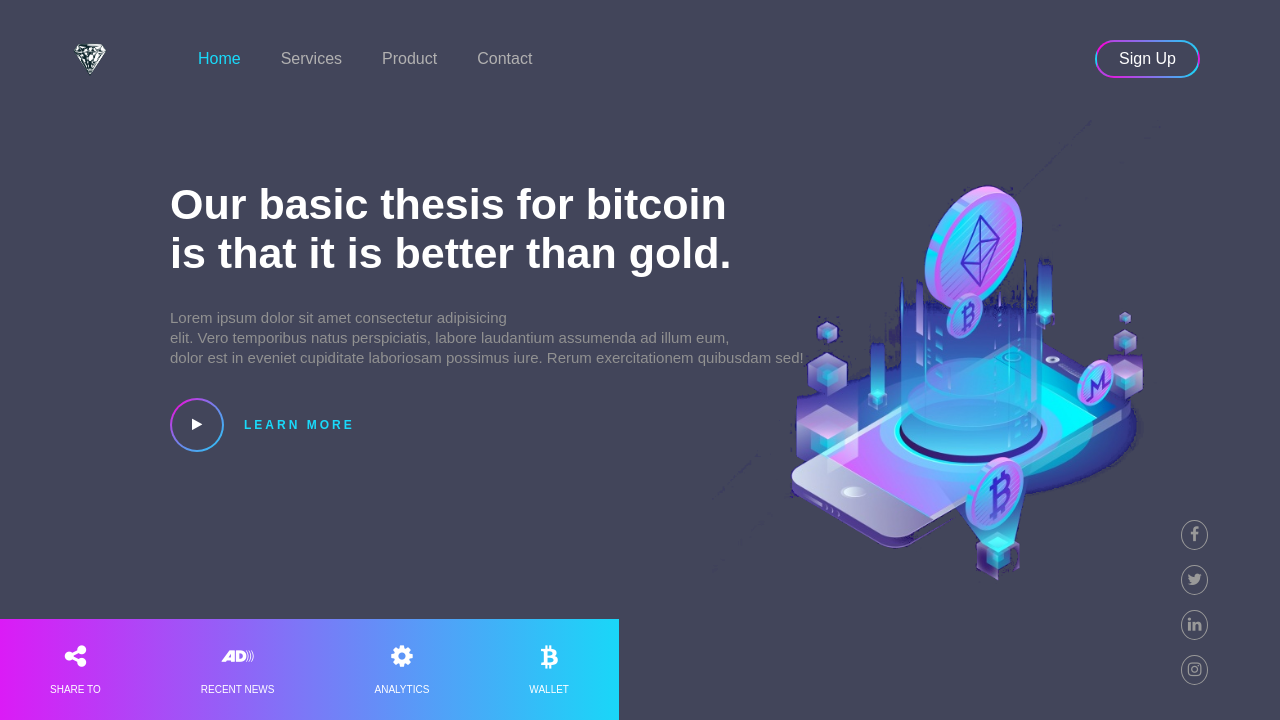
Repository: Aakarshit-Sharma19/Basic-HTML-and-CSS-Page-
Page: index.html
An editor plug-in stored every save of this project. The page is shown before and after the next save, followed by the edit.
The browser window is 1280 px wide. The pictures show the whole page.

Above is the page before, as saved 2020-11-10 17:23:33.

After the next save:
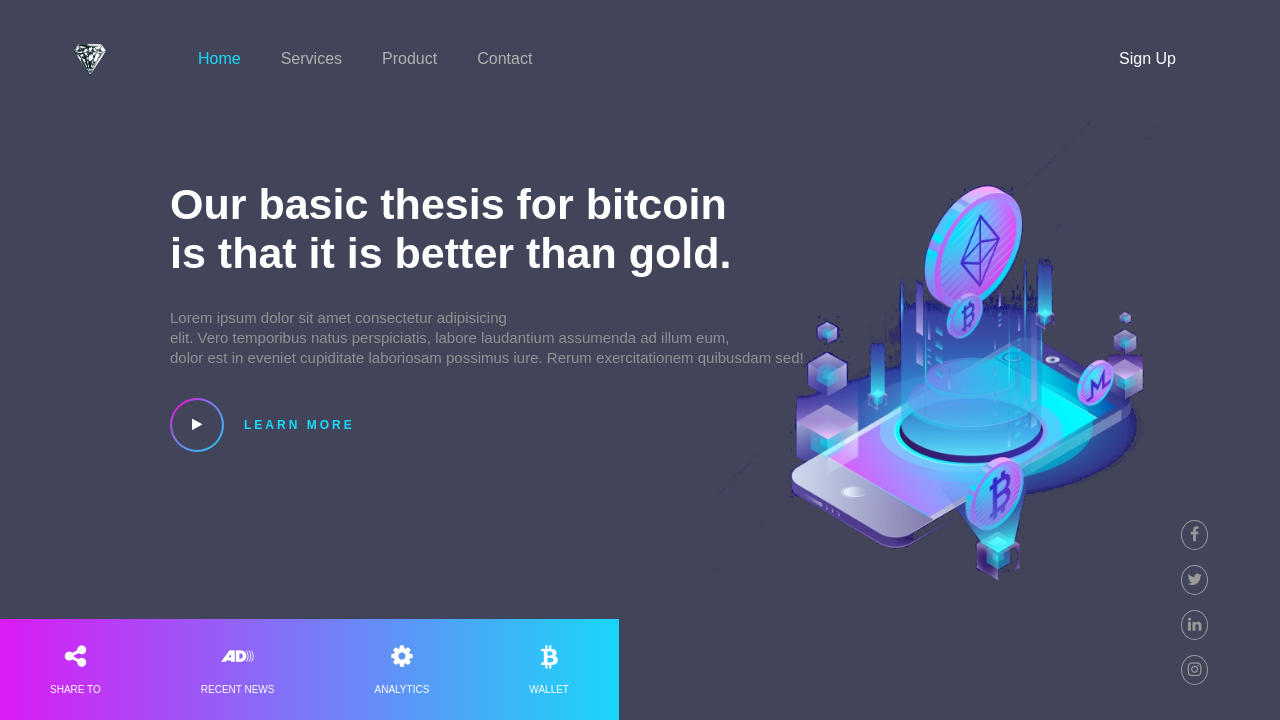
Saved 13 s later.
--- a/style.css
+++ b/style.css
@@ -45,7 +45,7 @@ body{
     border: 2px solid transparent;
     border-radius: 20px;
     background-image: linear-gradient(#42455a, #42455a), radial-gradient(circle at top left, #fd00da, #19d7f8);
-    /* background-origin: border-box; */
+    background-origin: border-box
     background-clip: content-box,border-box;
 }
 
